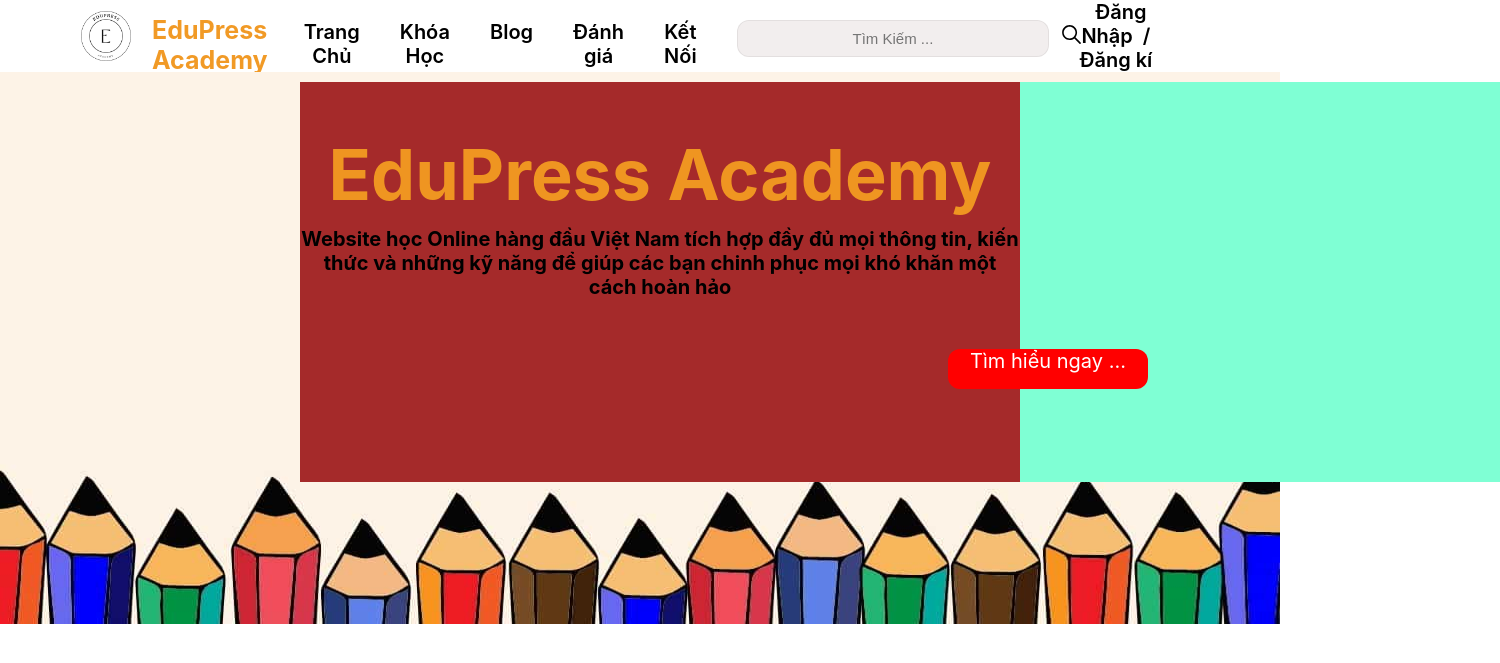
Repository: hieu1802/WebsiteEdupress
Page: / (app in my-app/)
The author's editor kept a copy of each file at every save. The page is drawn from the files as they stood at one save, then again after the next save.
The browser window is 1280 px wide. The page is 1500 px wide, so the pictures cover 1500 px, including what lies to the right of the window. The pictures show the whole page.
The project was rebuilt for these pictures with package versions that can differ from the ones it lists, and the page was loaded fresh each time. Also part of the build but not shown: my-app/src/App.css.

Above is the page before, as saved 2024-07-23 02:03:15.

After the next save:
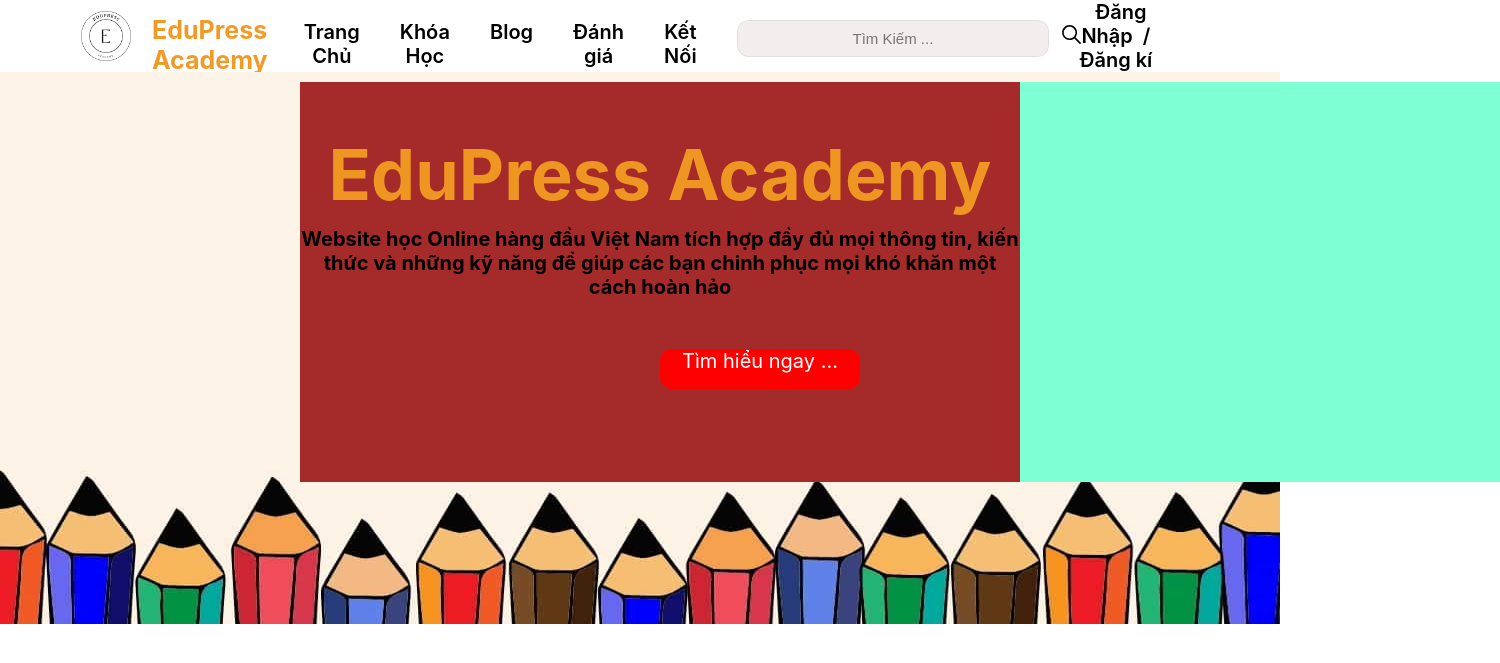
Saved 10 s later.
--- a/my-app/src/Components/HomePage/HomePage.css
+++ b/my-app/src/Components/HomePage/HomePage.css
@@ -146,5 +146,5 @@
     cursor: pointer;
     gap: 10px;
     margin-top: 50px;
-    margin-left: 90%;
+    margin-left: 50%;
 }
